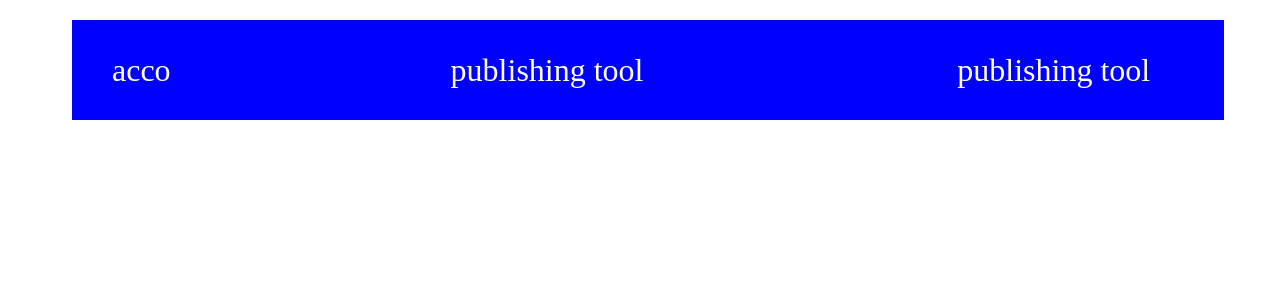
Repository: wimkinnet/Acco_Publish
Page: index.html
The author's editor kept a record of every edit. The page is drawn from the files as they stood at one moment, then again after the next edit.
The browser window is 1280 px wide. The pictures show the whole page.

Above is the page before.

After the next edit:
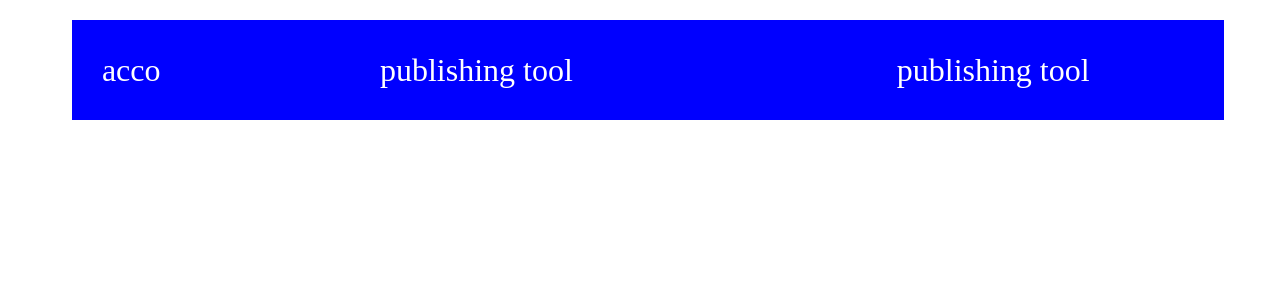
The edit:
--- a/index.html
+++ b/index.html
@@ -38,7 +38,7 @@
           <td width="50%">
             publishing tool
           </td>
-          <td width="25%">
+          <td width="40%">
             publishing tool
           </td>
         </tr>
